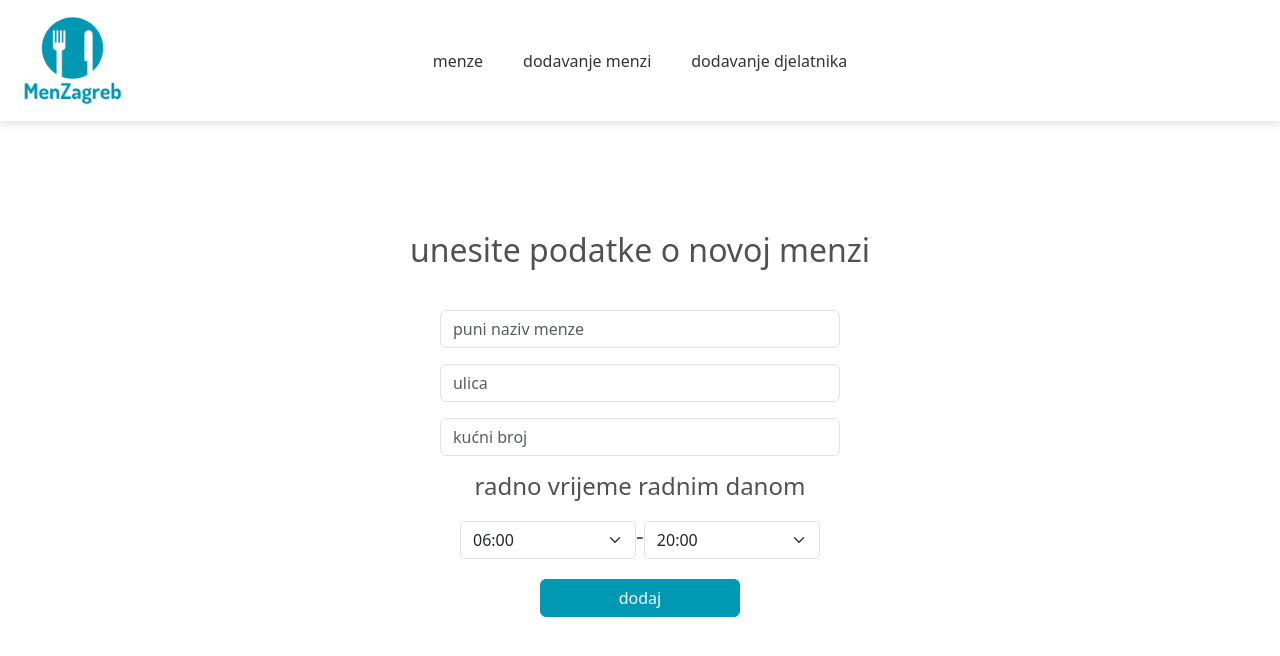
Repository: MENZG/menZg
Page: /admin/dodajMenzu (app in IzvorniKod/)
The author's editor kept a copy of each file at every save. The page is drawn from the files as they stood at one save, then again after the next save.
The browser window is 1280 px wide. The pictures show the whole page.
The project was rebuilt for these pictures with package versions that can differ from the ones it lists, and the page was loaded fresh each time. Also part of the build but not shown: IzvorniKod/vite.config.ts, IzvorniKod/src/Components/LoginForm.tsx, IzvorniKod/src/Components/AdminLogin.tsx, IzvorniKod/src/Components/EmployeeLogin.tsx, IzvorniKod/src/Components/NavBar.tsx, IzvorniKod/src/Components/ListaMenza.tsx, IzvorniKod/src/Components/Profil.tsx, IzvorniKod/src/Components/ListaEmployees.tsx and 6 more.

Above is the page before, as saved 2024-11-07 14:30:27.

After the next save:
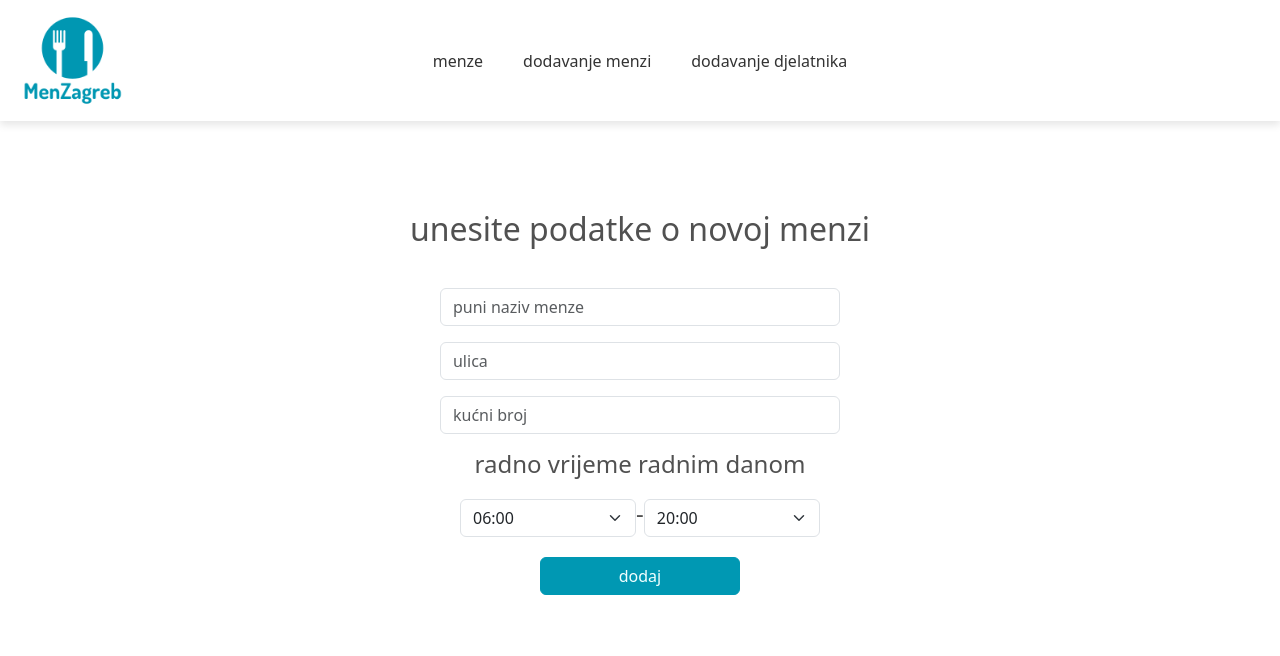
Saved 5 s later.
--- a/IzvorniKod/src/styles/AddMenza.css
+++ b/IzvorniKod/src/styles/AddMenza.css
@@ -4,7 +4,7 @@
     align-items: center; /* Centers the children horizontally */
     justify-content: center; /* Centers the children vertically, if needed */
     text-align: center;
-    padding-top: 20vh;
+    padding-top: 14vh;
 }
 
 .h2{
